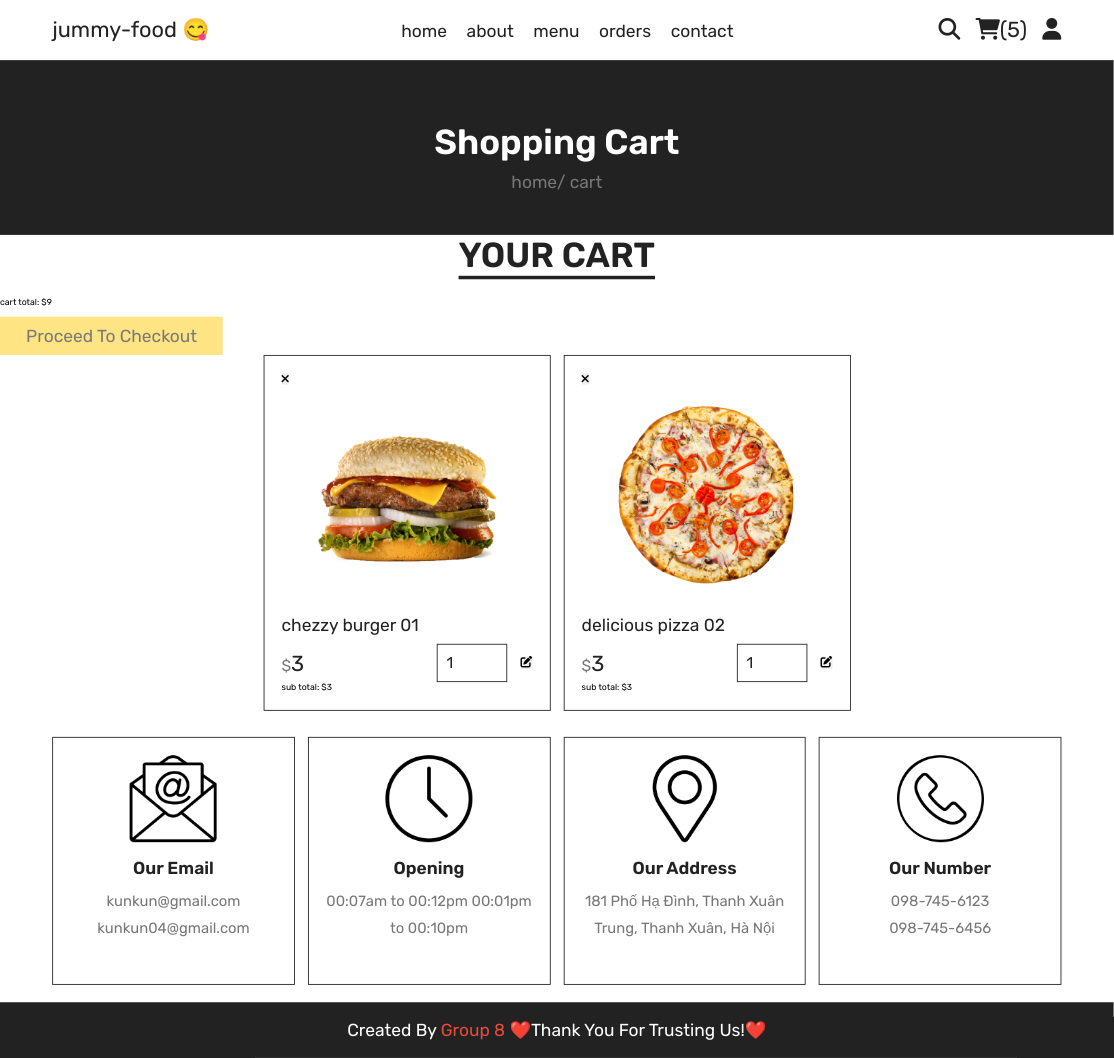
Repository: VuongLinhDinh/jummy_food
Page: cart.html
The author's editor kept a copy of each file at every save. The page is drawn from the files as they stood at one save, then again after the next save.
The browser window is 1280 px wide. The pictures show the whole page, at 87% of full size.
Some web libraries are served in a nearby version.

Above is the page before, as saved 2023-11-12 16:16:27.

After the next save:
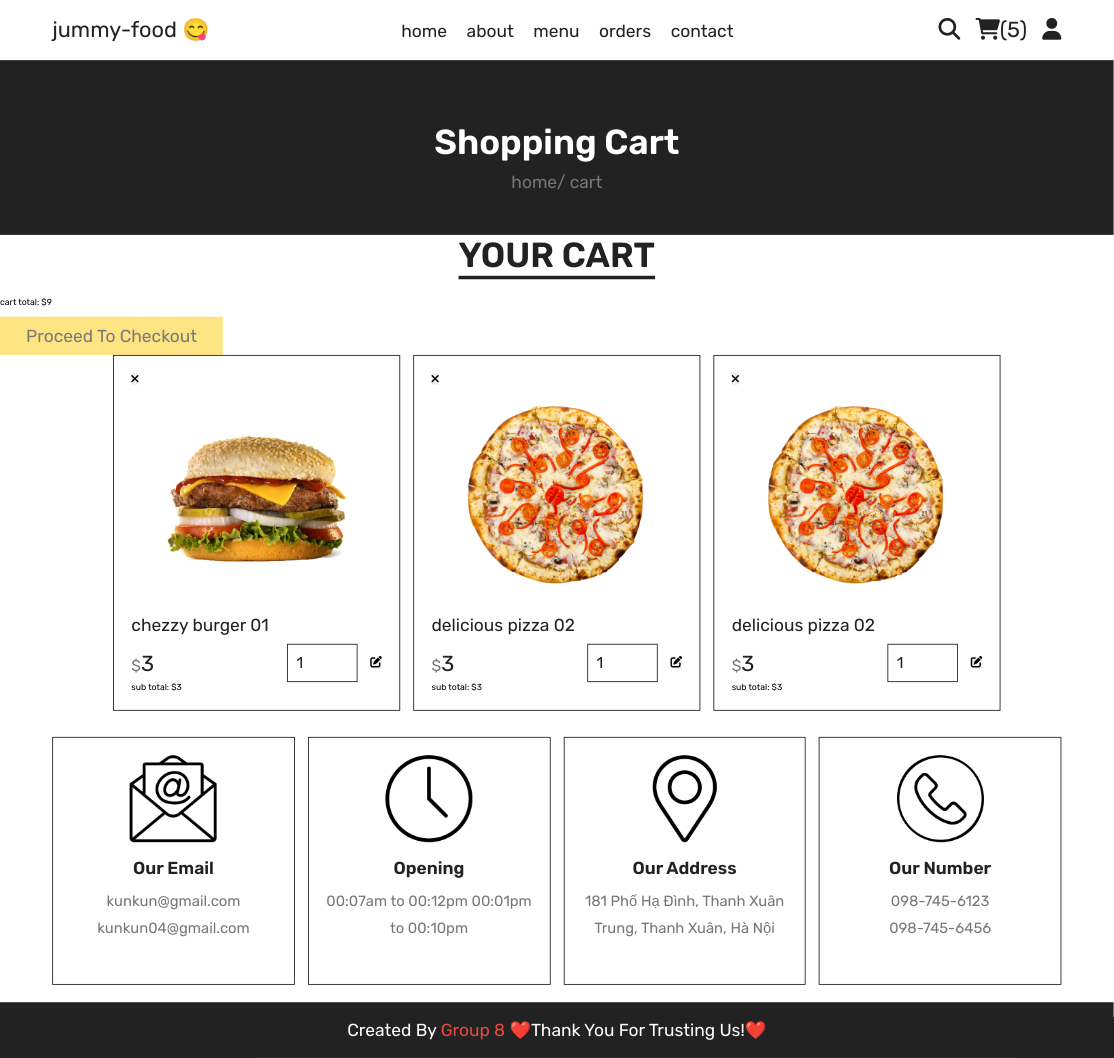
Saved 26 s later.
--- a/cart.html
+++ b/cart.html
@@ -76,6 +76,19 @@
                 </div>
                 <div class="sub-total">sub total: <span>$3</span></div>
             </form>
+            <form action="#" method="post" class="box">
+                <button type="submit" class="fas fa-eye" name="quick-view"></button>
+                <button type="submit" class="fas fa-times" name="detele" onclick="return confirm('delete this item?');"></button>
+                <img src="uploaded_img/pizza-2.png" alt="">
+                <div class="name">delicious pizza 02</div>
+                <div class="flex">
+                    <div class="price"><span>$</span>3</div>
+                    <input type="number" class="qty" name="qty" min="1" max="99" value="1"
+                    onkeypress="if(this.value.length == 2) return false;">
+                    <button type="submit" class="fas fa-edit"></button>
+                </div>
+                <div class="sub-total">sub total: <span>$3</span></div>
+            </form>
         </div>
     </div>
     <!-- shopping cart section end  -->
